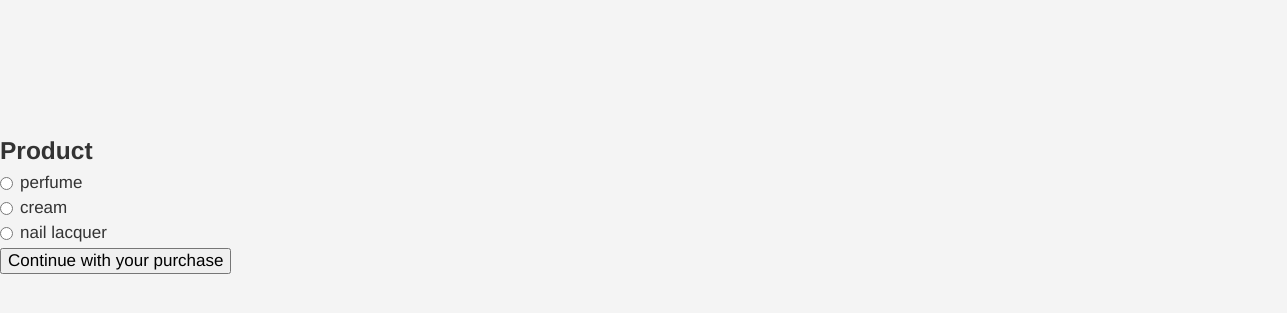
Repository: bubupower/rindus
Page: ProductPurchaseClient/WebContent/vistas/purchase.html
The author's editor kept a copy of each file at every save. The page is drawn from the files as they stood at one save, then again after the next save.
The browser window is 1280 px wide. The page is 1287 px wide, then 1280 px, so the pictures cover 1287 px, including what lies to the right of the window. The pictures show the whole page.

Above is the page before, as saved 2017-06-16 17:04:40.
Console error: ReferenceError: servicios is not defined

### ProductPurchaseClient/WebContent/vistas/purchase.html
<!doctype html>
<html lang="en" ng-app="purchase">
<head>
    <meta charset="utf-8">
    <meta name="viewport" content="width=device-width, initial-scale=1.0">
    <title>Purchase</title>
<!--     <link rel="stylesheet" href="css/app.css"/> -->
    <link rel="stylesheet" href="css/bootstrap/bootstrap-responsive.min.css"/>
    <link rel="stylesheet" href="css/bootstrap/bootstrap.min.css"/>
<!--     <link rel="icon" type="image/png" src="img/imagenes/icon.png" /> -->
</head>

<body>
    <div class="container">
 		<div class="row">
 			<div class="col-xs-2 col-md-3 col-sm-3 col-lg-3">
 				<div class="panel panel-primary">
				    <div class="panel-heading">
				        <h3 class="panel-title">Product</h3>
				    </div>
				    <div class="panel-body">
				        <div class="radio">
				            <label>
				                <input type="radio" id = "1" name="optradio">perfume</label>
				        </div>
				        <div class="radio">
				            <label>
				                <input type="radio" id = "2" name="optradio">cream</label>
				        </div>
				        <div class="radio">
				            <label>
				                <input type="radio" id = "3" name="optradio">nail lacquer</label>
				        </div>
				        <div class="control-group">
            				<div class="controls center">
            					<button type="submit" ng-click="updateStock()" >Continue with your purchase</button>
<!--            					<a ng-click="crearNuevoUsuario()" class="btn btn-small">Registrarse</a> -->
           					</div>
           				</div>
				    </div>
				</div>

			</div>

		</div>
    </div>


<!-- JQuery ================================================================ -->
<script src="jsLibs/jquery/jquery-2.0.3.js"></script>

<!-- Bootstrap ============================================================= -->
<script src="jsLibs/bootstrap/bootstrap.js"></script>

<!-- AngularJS ============================================================= -->
<!-- In production use:-->
<!-- <script src="http://ajax.googleapis.com/ajax/libs/angularjs/1.0.7/angular.min.js"></script> -->

<script src="jsLibs/angular/angular.js"></script>
<script src="jsLibs/angular/angular-resource.js"></script>


<!-- AngularJS App Code ==================================================== -->
<script src="configuracion.js"></script>
<script src="jsControladores/app.js"></script>
<script src="jsControladores/purchaseServices.js"></script>
<script src="jsControladores/purchaseControlators.js"></script>
<script src="jsControladores/directives.js"></script>

</body>
</html>

### ProductPurchaseClient/WebContent/jsLibs/angular/angular-resource.js
/**
 * @license AngularJS v1.0.7
 * (c) 2010-2012 Google, Inc. http://angularjs.org
 * License: MIT
 */
(function(window, angular, undefined) {
'use strict';

/**
 * @ngdoc overview
 * @name ngResource
 * @description
 */

/**
 * @ngdoc object
 * @name ngResource.$resource
 * @requires $http
 *
 * @description
 * A factory which creates a resource object that lets you interact with
 * [RESTful](http://en.wikipedia.org/wiki/Representational_State_Transfer) server-side data sources.
 *
 * The returned resource object has action methods which provide high-level behaviors without
 * the need to interact with the low level {@link ng.$http $http} service.
 *
 * # Installation
 * To use $resource make sure you have included the `angular-resource.js` that comes in Angular
 * package. You can also find this file on Google CDN, bower as well as at
 * {@link http://code.angularjs.org/ code.angularjs.org}.
 *
 * Finally load the module in your application:
 *
 *        angular.module('app', ['ngResource']);
 *
 * and you are ready to get started!
 *
 * @param {string} url A parameterized URL template with parameters prefixed by `:` as in
 *   `/user/:username`. If you are using a URL with a port number (e.g.
 *   `http://example.com:8080/api`), you'll need to escape the colon character before the port
 *   number, like this: `$resource('http://example.com\\:8080/api')`.
 *
 * @param {Object=} paramDefaults Default values for `url` parameters. These can be overridden in
 *   `actions` methods.
 *
 *   Each key value in the parameter object is first bound to url template if present and then any
 *   excess keys are appended to the url search query after the `?`.
 *
 *   Given a template `/path/:verb` and parameter `{verb:'greet', salutation:'Hello'}` results in
 *   URL `/path/greet?salutation=Hello`.
 *
 *   If the parameter value is prefixed with `@` then the value of that parameter is extracted from
 *   the data object (useful for non-GET operations).
 *
 * @param {Object.<Object>=} actions Hash with declaration of custom action that should extend the
 *   default set of resource actions. The declaration should be created in the following format:
 *
 *       {action1: {method:?, params:?, isArray:?},
 *        action2: {method:?, params:?, isArray:?},
 *        ...}
 *
 *   Where:
 *
 *   - `action` – {string} – The name of action. This name becomes the name of the method on your
 *     resource object.
 *   - `method` – {string} – HTTP request method. Valid methods are: `GET`, `POST`, `PUT`, `DELETE`,
 *     and `JSONP`
 *   - `params` – {object=} – Optional set of pre-bound parameters for this action.
 *   - isArray – {boolean=} – If true then the returned object for this action is an array, see
 *     `returns` section.
 *
 * @returns {Object} A resource "class" object with methods for the default set of resource actions
 *   optionally extended with custom `actions`. The default set contains these actions:
 *
 *       { 'get':    {method:'GET'},
 *         'save':   {method:'POST'},
 *         'query':  {method:'GET', isArray:true},
 *         'remove': {method:'DELETE'},
 *         'delete': {method:'DELETE'} };
 *
 *   Calling these methods invoke an {@link ng.$http} with the specified http method,
 *   destination and parameters. When the data is returned from the server then the object is an
 *   instance of the resource class. The actions `save`, `remove` and `delete` are available on it
 *   as  methods with the `$` prefix. This allows you to easily perform CRUD operations (create,
 *   read, update, delete) on server-side data like this:
 *   <pre>
        var User = $resource('/user/:userId', {userId:'@id'});
        var user = User.get({userId:123}, function() {
          user.abc = true;
          user.$save();
        });
     </pre>
 *
 *   It is important to realize that invoking a $resource object method immediately returns an
 *   empty reference (object or array depending on `isArray`). Once the data is returned from the
 *   server the existing reference is populated with the actual data. This is a useful trick since
 *   usually the resource is assigned to a model which is then rendered by the view. Having an empty
 *   object results in no rendering, once the data arrives from the server then the object is
 *   populated with the data and the view automatically re-renders itself showing the new data. This
 *   means that in most case one never has to write a callback function for the action methods.
 *
 *   The action methods on the class object or instance object can be invoked with the following
 *   parameters:
 *
 *   - HTTP GET "class" actions: `Resource.action([parameters], [success], [error])`
 *   - non-GET "class" actions: `Resource.action([parameters], postData, [success], [error])`
 *   - non-GET instance actions:  `instance.$action([parameters], [success], [error])`
 *
 *
 * @example
 *
 * # Credit card resource
 *
 * <pre>
     // Define CreditCard class
     var CreditCard = $resource('/user/:userId/card/:cardId',
      {userId:123, cardId:'@id'}, {
       charge: {method:'POST', params:{charge:true}}
      });

     // We can retrieve a collection from the server
     var cards = CreditCard.query(function() {
       // GET: /user/123/card
       // server returns: [ {id:456, number:'1234', name:'Smith'} ];

       var card = cards[0];
       // each item is an instance of CreditCard
       expect(card instanceof CreditCard).toEqual(true);
       card.name = "J. Smith";
       // non GET methods are mapped onto the instances
       card.$save();
       // POST: /user/123/card/456 {id:456, number:'1234', name:'J. Smith'}
       // server returns: {id:456, number:'1234', name: 'J. Smith'};

       // our custom method is mapped as well.
       card.$charge({amount:9.99});
       // POST: /user/123/card/456?amount=9.99&charge=true {id:456, number:'1234', name:'J. Smith'}
     });

     // we can create an instance as well
     var newCard = new CreditCard({number:'0123'});
     newCard.name = "Mike Smith";
     newCard.$save();
     // POST: /user/123/card {number:'0123', name:'Mike Smith'}
     // server returns: {id:789, number:'01234', name: 'Mike Smith'};
     expect(newCard.id).toEqual(789);
 * </pre>
 *
 * The object returned from this function execution is a resource "class" which has "static" method
 * for each action in the definition.
 *
 * Calling these methods invoke `$http` on the `url` template with the given `method` and `params`.
 * When the data is returned from the server then the object is an instance of the resource type and
 * all of the non-GET methods are available with `$` prefix. This allows you to easily support CRUD
 * operations (create, read, update, delete) on server-side data.

   <pre>
     var User = $resource('/user/:userId', {userId:'@id'});
     var user = User.get({userId:123}, function() {
       user.abc = true;
       user.$save();
     });
   </pre>
 *
 * It's worth noting that the success callback for `get`, `query` and other method gets passed
 * in the response that came from the server as well as $http header getter function, so one
 * could rewrite the above example and get access to http headers as:
 *
   <pre>
     var User = $resource('/user/:userId', {userId:'@id'});
     User.get({userId:123}, function(u, getResponseHeaders){
       u.abc = true;
       u.$save(function(u, putResponseHeaders) {
         //u => saved user object
         //putResponseHeaders => $http header getter
       });
     });
   </pre>

 * # Buzz client

   Let's look at what a buzz client created with the `$resource` service looks like:
    <doc:example>
      <doc:source jsfiddle="false">
       <script>
         function BuzzController($resource) {
           this.userId = 'googlebuzz';
           this.Activity = $resource(
             'https://www.googleapis.com/buzz/v1/activities/:userId/:visibility/:activityId/:comments',
             {alt:'json', callback:'JSON_CALLBACK'},
             {get:{method:'JSONP', params:{visibility:'@self'}}, replies: {method:'JSONP', params:{visibility:'@self', comments:'@comments'}}}
           );
         }

         BuzzController.prototype = {
           fetch: function() {
             this.activities = this.Activity.get({userId:this.userId});
           },
           expandReplies: function(activity) {
             activity.replies = this.Activity.replies({userId:this.userId, activityId:activity.id});
           }
         };
         BuzzController.$inject = ['$resource'];
       </script>

       <div ng-controller="BuzzController">
         <input ng-model="userId"/>
         <button ng-click="fetch()">fetch</button>
         <hr/>
         <div ng-repeat="item in activities.data.items">
           <h1 style="font-size: 15px;">
             <img src="{{item.actor.thumbnailUrl}}" style="max-height:30px;max-width:30px;"/>
             <a href="{{item.actor.profileUrl}}">{{item.actor.name}}</a>
             <a href ng-click="expandReplies(item)" style="float: right;">Expand replies: {{item.links.replies[0].count}}</a>
           </h1>
           {{item.object.content | html}}
           <div ng-repeat="reply in item.replies.data.items" style="margin-left: 20px;">
             <img src="{{reply.actor.thumbnailUrl}}" style="max-height:30px;max-width:30px;"/>
             <a href="{{reply.actor.profileUrl}}">{{reply.actor.name}}</a>: {{reply.content | html}}
           </div>
         </div>
       </div>
      </doc:source>
      <doc:scenario>
      </doc:scenario>
    </doc:example>
 */
angular.module('ngResource', ['ng']).
  factory('$resource', ['$http', '$parse', function($http, $parse) {
    var DEFAULT_ACTIONS = {
      'get':    {method:'GET'},
      'save':   {method:'POST'},
      'query':  {method:'GET', isArray:true},
      'remove': {method:'DELETE'},
      'delete': {method:'DELETE'}
    };
    var noop = angular.noop,
        forEach = angular.forEach,
        extend = angular.extend,
        copy = angular.copy,
        isFunction = angular.isFunction,
        getter = function(obj, path) {
          return $parse(path)(obj);
        };

    /**
     * We need our custom method because encodeURIComponent is too aggressive and doesn't follow
     * http://www.ietf.org/rfc/rfc3986.txt with regards to the character set (pchar) allowed in path
     * segments:
     *    segment       = *pchar
     *    pchar         = unreserved / pct-encoded / sub-delims / ":" / "@"
     *    pct-encoded   = "%" HEXDIG HEXDIG
     *    unreserved    = ALPHA / DIGIT / "-" / "." / "_" / "~"
     *    sub-delims    = "!" / "$" / "&" / "'" / "(" / ")"
     *                     / "*" / "+" / "," / ";" / "="
     */
    function encodeUriSegment(val) {
      return encodeUriQuery(val, true).
        replace(/%26/gi, '&').
        replace(/%3D/gi, '=').
        replace(/%2B/gi, '+');
    }


    /**
     * This method is intended for encoding *key* or *value* parts of query component. We need a custom
     * method becuase encodeURIComponent is too agressive and encodes stuff that doesn't have to be
     * encoded per http://tools.ietf.org/html/rfc3986:
     *    query       = *( pchar / "/" / "?" )
     *    pchar         = unreserved / pct-encoded / sub-delims / ":" / "@"
     *    unreserved    = ALPHA / DIGIT / "-" / "." / "_" / "~"
     *    pct-encoded   = "%" HEXDIG HEXDIG
     *    sub-delims    = "!" / "$" / "&" / "'" / "(" / ")"
     *                     / "*" / "+" / "," / ";" / "="
     */
    function encodeUriQuery(val, pctEncodeSpaces) {
      return encodeURIComponent(val).
        replace(/%40/gi, '@').
        replace(/%3A/gi, ':').
        replace(/%24/g, '$').
        replace(/%2C/gi, ',').
        replace(/%20/g, (pctEncodeSpaces ? '%20' : '+'));
    }

    function Route(template, defaults) {
      this.template = template = template + '#';
      this.defaults = defaults || {};
      var urlParams = this.urlParams = {};
      forEach(template.split(/\W/), function(param){
        if (param && (new RegExp("(^|[^\\\\]):" + param + "\\W").test(template))) {
          urlParams[param] = true;
        }
      });
      this.template = template.replace(/\\:/g, ':');
    }

    Route.prototype = {
      url: function(params) {
        var self = this,
            url = this.template,
            val,
            encodedVal;

        params = params || {};
        forEach(this.urlParams, function(_, urlParam){
          val = params.hasOwnProperty(urlParam) ? params[urlParam] : self.defaults[urlParam];
          if (angular.isDefined(val) && val !== null) {
            encodedVal = encodeUriSegment(val);
            url = url.replace(new RegExp(":" + urlParam + "(\\W)", "g"), encodedVal + "$1");
          } else {
            url = url.replace(new RegExp("(\/?):" + urlParam + "(\\W)", "g"), function(match,
                leadingSlashes, tail) {
              if (tail.charAt(0) == '/') {
                return tail;
              } else {
                return leadingSlashes + tail;
              }
            });
          }
        });
        url = url.replace(/\/?#$/, '');
        var query = [];
        forEach(params, function(value, key){
          if (!self.urlParams[key]) {
            query.push(encodeUriQuery(key) + '=' + encodeUriQuery(value));
          }
        });
        query.sort();
        url = url.replace(/\/*$/, '');
        return url + (query.length ? '?' + query.join('&') : '');
      }
    };


    function ResourceFactory(url, paramDefaults, actions) {
      var route = new Route(url);

      actions = extend({}, DEFAULT_ACTIONS, actions);

      function extractParams(data, actionParams){
        var ids = {};
        actionParams = extend({}, paramDefaults, actionParams);
        forEach(actionParams, function(value, key){
          ids[key] = value.charAt && value.charAt(0) == '@' ? getter(data, value.substr(1)) : value;
        });
        return ids;
      }

      function Resource(value){
        copy(value || {}, this);
      }

      forEach(actions, function(action, name) {
        action.method = angular.uppercase(action.method);
        var hasBody = action.method == 'POST' || action.method == 'PUT' || action.method == 'PATCH';
        Resource[name] = function(a1, a2, a3, a4) {
          var params = {};
          var data;
          var success = noop;
          var error = null;
          switch(arguments.length) {
          case 4:
            error = a4;
            success = a3;
            //fallthrough
          case 3:
          case 2:
            if (isFunction(a2)) {
              if (isFunction(a1)) {
                success = a1;
                error = a2;
                break;
              }

              success = a2;
              error = a3;
              //fallthrough
            } else {
              params = a1;
              data = a2;
              success = a3;
              break;
            }
          case 1:
            if (isFunction(a1)) success = a1;
            else if (hasBody) data = a1;
            else params = a1;
            break;
          case 0: break;
          default:
            throw "Expected between 0-4 arguments [params, data, success, error], got " +
              arguments.length + " arguments.";
          }

          var value = this instanceof Resource ? this : (action.isArray ? [] : new Resource(data));
          $http({
            method: action.method,
            url: route.url(extend({}, extractParams(data, action.params || {}), params)),
            data: data
          }).then(function(response) {
              var data = response.data;

              if (data) {
                if (action.isArray) {
                  value.length = 0;
                  forEach(data, function(item) {
                    value.push(new Resource(item));
                  });
                } else {
                  copy(data, value);
                }
              }
              (success||noop)(value, response.headers);
            }, error);

          return value;
        };


        Resource.prototype['$' + name] = function(a1, a2, a3) {
          var params = extractParams(this),
              success = noop,
              error;

          switch(arguments.length) {
          case 3: params = a1; success = a2; error = a3; break;
          case 2:
          case 1:
            if (isFunction(a1)) {
              success = a1;
              error = a2;
            } else {
              params = a1;
              success = a2 || noop;
            }
          case 0: break;
          default:
            throw "Expected between 1-3 arguments [params, success, error], got " +
              arguments.length + " arguments.";
          }
          var data = hasBody ? this : undefined;
          Resource[name].call(this, params, data, success, error);
        };
      });

      Resource.bind = function(additionalParamDefaults){
        return ResourceFactory(url, extend({}, paramDefaults, additionalParamDefaults), actions);
      };

      return Resource;
    }

    return ResourceFactory;
  }]);


})(window, window.angular);

### ProductPurchaseClient/WebContent/configuracion.js

function getServerIp(){
	var ip = "http://localhost:8080\:8080";

	return ip;
}

### ProductPurchaseClient/WebContent/jsControladores/app.js
'use strict';

// Declare app level module which depends on filters, and services
angular.module('purchase', ['purchase.services', 'purchase.directives', 'purchase.controlators']).
    config(['$routeProvider', function ($routeProvider) {
    	$routeProvider.when('/index', {templateUrl: '/index.html', controller: 'PurchaseCtrl'});
    }]);

### ProductPurchaseClient/WebContent/jsControladores/purchaseServices.js
//servicios.factory('FactoriaUsuarios', function ($resource) {
//    return $resource(getServerIp()+'/Esportvent/usuariosregistradoses', {}, {
//        query: { method: 'GET', isArray: true},
//        create: { method: 'POST' }
//    })
//});

servicios.factory('PurchaseFactory', function ($resource) {
    return $resource(getServerIp()+'/ProductPurchase/stocks/:id', {}, {
		show: { method: 'GET' },
        update: { method: 'PUT', params: {id: '@id'} },
        delete: { method: 'DELETE', params: {id: '@id'} }
    })
});

### ProductPurchaseClient/WebContent/jsControladores/purchaseControlators.js

app.controller('PurchaseCtrl', ['$scope', 'PurchaseFactory', '$location',
    function ($scope, PurchaseFactory, $location) {

        // callback for ng-click 'createNewUsuario':
        $scope.updateStock = function () {
//        	if($scope.formNuevoUsuario.$valid){
        		FactoriaUsuarios.update([], $scope.stock,
					     				function (data) {
        			 					    $location.path('/acceso');
								     		alert("Se ha registrado correctamente.")
								     	},
								     	function (error) {
								     		if (error.status == 409){
								     			alert("Imposible registrar usuario, el email ya existe en el sistema, si desactivo su cuenta en el pasado, intente reactivarla.");
								     			$location.path('/index');
								     		}else
								     		alert("Error registrando el usuario, intentelo de nuevo más tarde.")
								     	});
//        	}
        };

        // callback for ng-click 'cancel':
        $scope.cancel = function () {
            $location.path('/index');
        };

    }]);

### ProductPurchaseClient/WebContent/jsControladores/directives.js
'use strict';

/* Directives */


angular.module('purchase.directives', []).
  directive('appVersion', ['version', function(version) {
    return function(scope, elm, attrs) {
      elm.text(version);
    };
  }]);

Loaded but not shown: ProductPurchaseClient/WebContent/css/bootstrap/bootstrap-responsive.min.css (library); ProductPurchaseClient/WebContent/css/bootstrap/bootstrap.min.css (library); ProductPurchaseClient/WebContent/jsLibs/jquery/jquery-2.0.3.js (library); ProductPurchaseClient/WebContent/jsLibs/bootstrap/bootstrap.js (library); ProductPurchaseClient/WebContent/jsLibs/angular/angular.js (library)

After the next save:
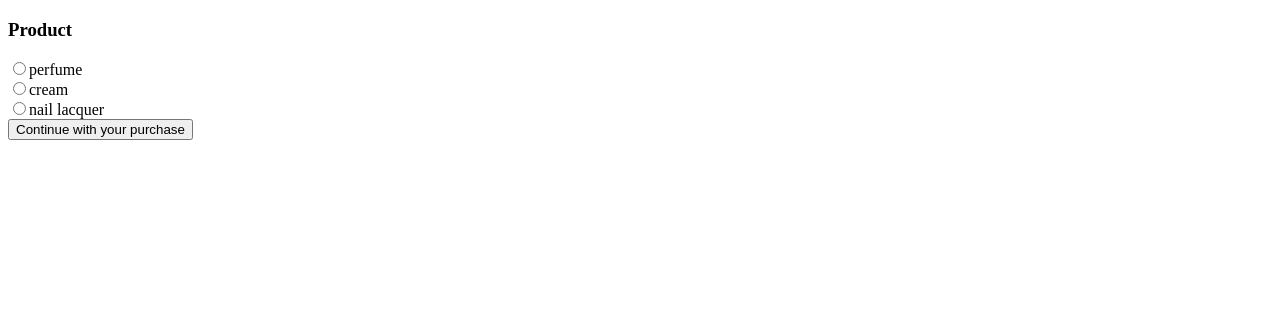
The error is gone.
Saved 4 min 37 s later.
--- a/ProductPurchaseClient/WebContent/vistas/purchase.html
+++ b/ProductPurchaseClient/WebContent/vistas/purchase.html
@@ -4,10 +4,6 @@
     <meta charset="utf-8">
     <meta name="viewport" content="width=device-width, initial-scale=1.0">
     <title>Purchase</title>
-<!--     <link rel="stylesheet" href="css/app.css"/> -->
-    <link rel="stylesheet" href="css/bootstrap/bootstrap-responsive.min.css"/>
-    <link rel="stylesheet" href="css/bootstrap/bootstrap.min.css"/>
-<!--     <link rel="icon" type="image/png" src="img/imagenes/icon.png" /> -->
 </head>
 
 <body>
@@ -33,9 +29,7 @@
 				        </div>
 				        <div class="control-group">
             				<div class="controls center">
-            					<button type="submit" ng-click="updateStock()" >Continue with your purchase</button>
-<!--            					<a ng-click="crearNuevoUsuario()" class="btn btn-small">Registrarse</a> -->
-           					</div>
+            					<button type="submit" ng-click="updateStock()" >Continue with your purchase</button>           					</div>
            				</div>
 				    </div>
 				</div>
@@ -44,28 +38,5 @@
 
 		</div>
     </div>
-
-
-<!-- JQuery ================================================================ -->
-<script src="jsLibs/jquery/jquery-2.0.3.js"></script>
-
-<!-- Bootstrap ============================================================= -->
-<script src="jsLibs/bootstrap/bootstrap.js"></script>
-
-<!-- AngularJS ============================================================= -->
-<!-- In production use:-->
-<!-- <script src="http://ajax.googleapis.com/ajax/libs/angularjs/1.0.7/angular.min.js"></script> -->
-
-<script src="jsLibs/angular/angular.js"></script>
-<script src="jsLibs/angular/angular-resource.js"></script>
-
-
-<!-- AngularJS App Code ==================================================== -->
-<script src="configuracion.js"></script>
-<script src="jsControladores/app.js"></script>
-<script src="jsControladores/purchaseServices.js"></script>
-<script src="jsControladores/purchaseControlators.js"></script>
-<script src="jsControladores/directives.js"></script>
-
 </body>
 </html>
